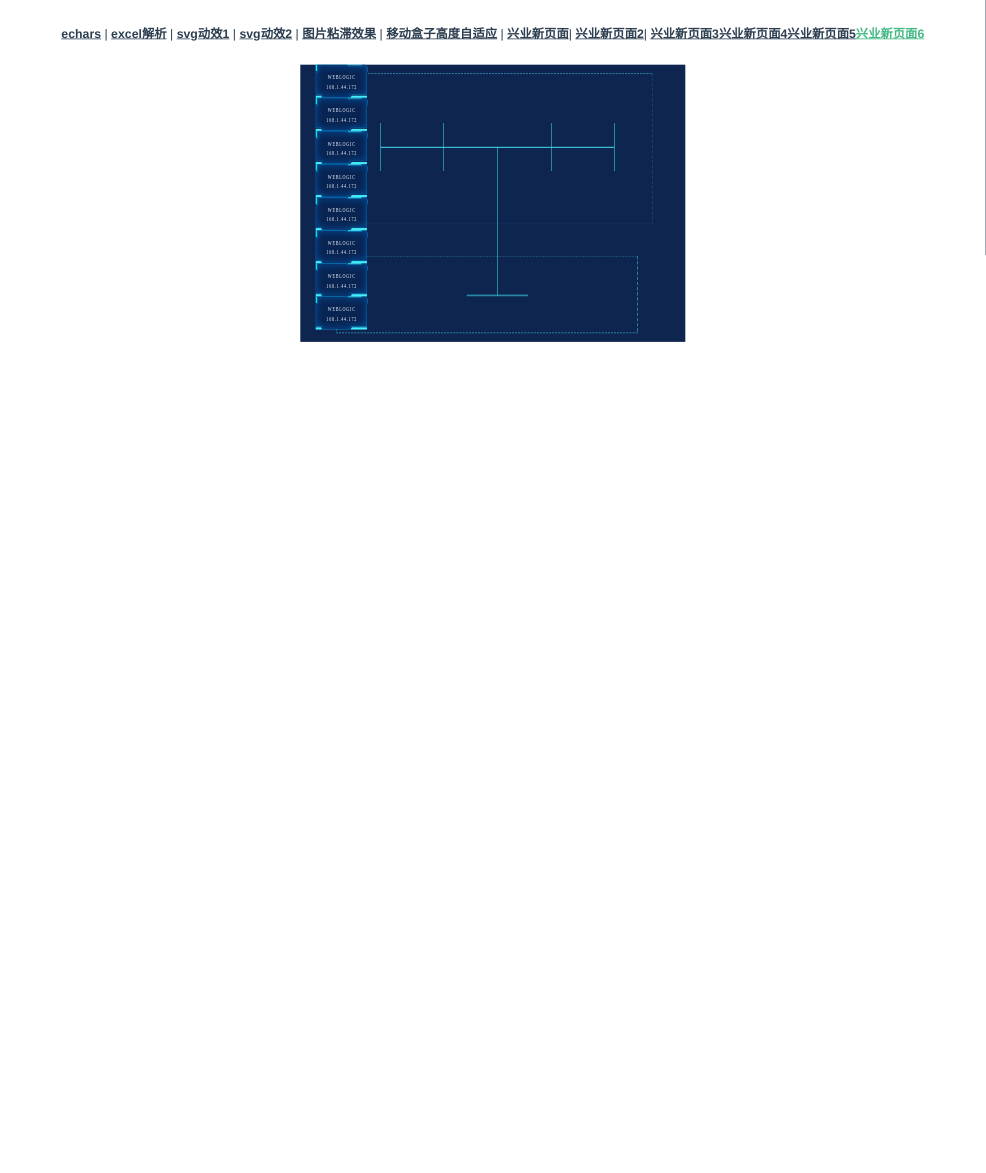
Repository: dmj199811/animation-dmj
Page: /#/work-page8
The author's editor kept a copy of each file at every save. The page is drawn from the files as they stood at one save, then again after the next save.
The browser window is 1280 px wide. The pictures show the whole page, at 77% of full size.
The project was rebuilt for these pictures with package versions that can differ from the ones it lists, and the page was loaded fresh each time.

Above is the page before, as saved 2020-07-03 18:08:47.

### src/App.vue
<template>
  <div id="app">
    <div id="nav"
         v-if="this.$store.state.pageShow">
      <router-link to="/">echars</router-link> |
      <router-link to="/xlsx-example">excel解析</router-link> |
      <router-link to="/svg-example1">svg动效1</router-link> |
      <router-link to="/svg-example2">svg动效2</router-link> |
      <router-link to="/work-message">图片粘滞效果</router-link> |
      <router-link to="/work-page2">移动盒子高度自适应</router-link> |
      <router-link to="/work-page3">兴业新页面</router-link>|
      <router-link to="/work-page4">兴业新页面2</router-link>|
      <router-link to="/work-page5">兴业新页面3</router-link>
      <router-link to="/work-page6">兴业新页面4</router-link>
      <router-link to="/work-page7">兴业新页面5</router-link>
      <router-link to="/work-page8">兴业新页面6</router-link>
    </div>
    <router-view />
  </div>
</template>

<style lang="less">
body {
  margin: 0;
}
#app {
  font-family: Avenir, Helvetica, Arial, sans-serif;
  -webkit-font-smoothing: antialiased;
  -moz-osx-font-smoothing: grayscale;
  text-align: center;
  color: #2c3e50;
}

#nav {
  padding: 30px;

  a {
    font-weight: bold;
    color: #2c3e50;

    &.router-link-exact-active {
      color: #42b983;
    }
  }
}
</style>

### src/router/index.js
import Vue from 'vue'
import VueRouter from 'vue-router'

Vue.use(VueRouter)

const routes = [
  {
    path: '/',
    redirect: '/circle-echarts',
  },
  {
    path: '/circle-echarts',
    name: 'ani2',
    component: () => import('../views/circle-echarts/index.vue')
  },
  {
    path: '/xlsx-example',
    name: 'xlsx1',
    component: () => import('../views/xlsx1/index.vue')
  },
  {
    path: '/svg-example1',
    name: 'svg1',
    component: () => import('../views/svg1/index.vue')
  },
  {
    path: '/svg-example2',
    name: 'svg2',
    component: () => import('../views/svg2/index.vue')
  },
  {
    path: '/work-message',
    name: 'message1',
    component: () => import('../views/work/message/index.vue')
  },
  {
    path: '/work-page2',
    name: 'show1',
    component: () => import('../views/work/show1/index.vue')
  },
  {
    path: '/work-page3',
    name: 'show2',
    component: () => import('../views/newPage/index.vue')
  },
  {
    path: '/work-page4',
    name: 'show2',
    component: () => import('../views/newPage2/index.vue')
  },
  {
    path: '/work-page5',
    name: 'show3',
    component: () => import('../views/newPage3/index.vue')
  },
  {
    path: '/work-page6',
    name: 'show4',
    component: () => import('../views/newPage4/index.vue')
  },
  {
    path: '/work-page7',
    name: 'show5',
    component: () => import('../views/newPage5/index.vue')
  },
  {
    path: '/work-page8',
    name: 'show6',
    component: () => import('../views/newPage6/index.vue')
  },
]

const router = new VueRouter({
  routes
})

export default router

### src/views/newPage6/index.vue
<template>
<!-- 互联网统一认证系统（身份认证）_8 -->
  <div class="box">
    <div class="use-box">
      <div class="use-box-top">
        <div class="use-box-top-content">
          <div class="use-box-top-item web1">
            <div>WEBLOGIC</div>
            <div>168.1.44.172</div>
          </div>
          <div class="use-box-top-item web2">
            <div>WEBLOGIC</div>
            <div>168.1.44.172</div>
          </div>
          <div class="use-box-top-item web3">
            <div>WEBLOGIC</div>
            <div>168.1.44.172</div>
          </div>
          <div class="use-box-top-item web4">
            <div>WEBLOGIC</div>
            <div>168.1.44.172</div>
          </div>
          <div class="use-box-top-item web5">
            <div>WEBLOGIC</div>
            <div>168.1.44.172</div>
          </div>
          <div class="use-box-top-item web6">
            <div>WEBLOGIC</div>
            <div>168.1.44.172</div>
          </div>
          <div class="use-box-top-item web7">
            <div>WEBLOGIC</div>
            <div>168.1.44.172</div>
          </div>
          <div class="use-box-top-item web8">
            <div>WEBLOGIC</div>
            <div>168.1.44.172</div>
          </div>

        </div>

      </div>
    </div>
  </div>

</template>
<script>
export default {
  data () {
    return {}
  },
  mounted () {
    this.fullScreen()
    let a = {
      'ATM系统': 'N',
      '网上银行域': 'E',
      'IC借记卡系统': 'N',
      'CFP系统': 'W',
      '电话银行域': 'E',
      '金卡系统': 'N',
      '零售信贷系统': 'W',
      '联机交易转发平台': 'N',
      '核心联机交易平台': 'E',
      'OFEP': 'W',
      '会计辅助管理系统': 'W',
      '业务策略管控平台': 'E',
      '历史检索系统': 'N',
      '企业数据集成平台': 'N',
      '银联数据综合前置系统': 'E',
      '理财卡外包制卡系统': 'W',
      '数据仓库系统': 'E',
      '统一报表系统': 'W',
      '企业CRM系统': 'N'
    }

    this.dataToArray(a)
    window.onresize = () => {
      this.fullScreen()
    }
  },
  methods: {
    fullScreen () {
      $('.box').css('transform', `scale(${document.documentElement.clientWidth / 3840},${document.documentElement.clientHeight / 1440})`)
    },
    dataToArray (data) {

    }
  }
}
</script>
<style lang="less">
.box {
  text-align: left;
  transform-origin: 0 0;
  width: 3840px;
  height: 1440px;
}
.use-box {
  font-size: 18px;
  width: 1500px;
  box-sizing: border-box;
  height: 720px;
  background: #0e2550;
  margin: 0 auto;
  color: white;
  background-image: url(./img/bg-line.png);
  background-size: 97% 100%;
  position: relative;
}
.use-box div {
  box-sizing: border-box;
}
.use-box-top {
  display: block;
  // background-color: #eee;


}

.use-box-top-content {

  // background-color: #e9e9;


}

.use-box-top-item {

  width: 203px;
  height: 86px;
  text-align: center;
  background-image: url(./img/leftBlue.png);
  background-size: 100% 100%;
  font-size:16px;
  font-family:Adobe Heiti Std;
  font-weight:normal;
  color:rgba(255,255,255,1);
  line-height:25px;
  padding-top: 20px;
  letter-spacing: 3px;
  margin-left: 60px;

}
.use-box-top-item div {
  width: 100%;
}



</style>

Loaded but not shown: public/index.html (common file); src/main.js (common file); src/store/index.js (common file)

After the next save:
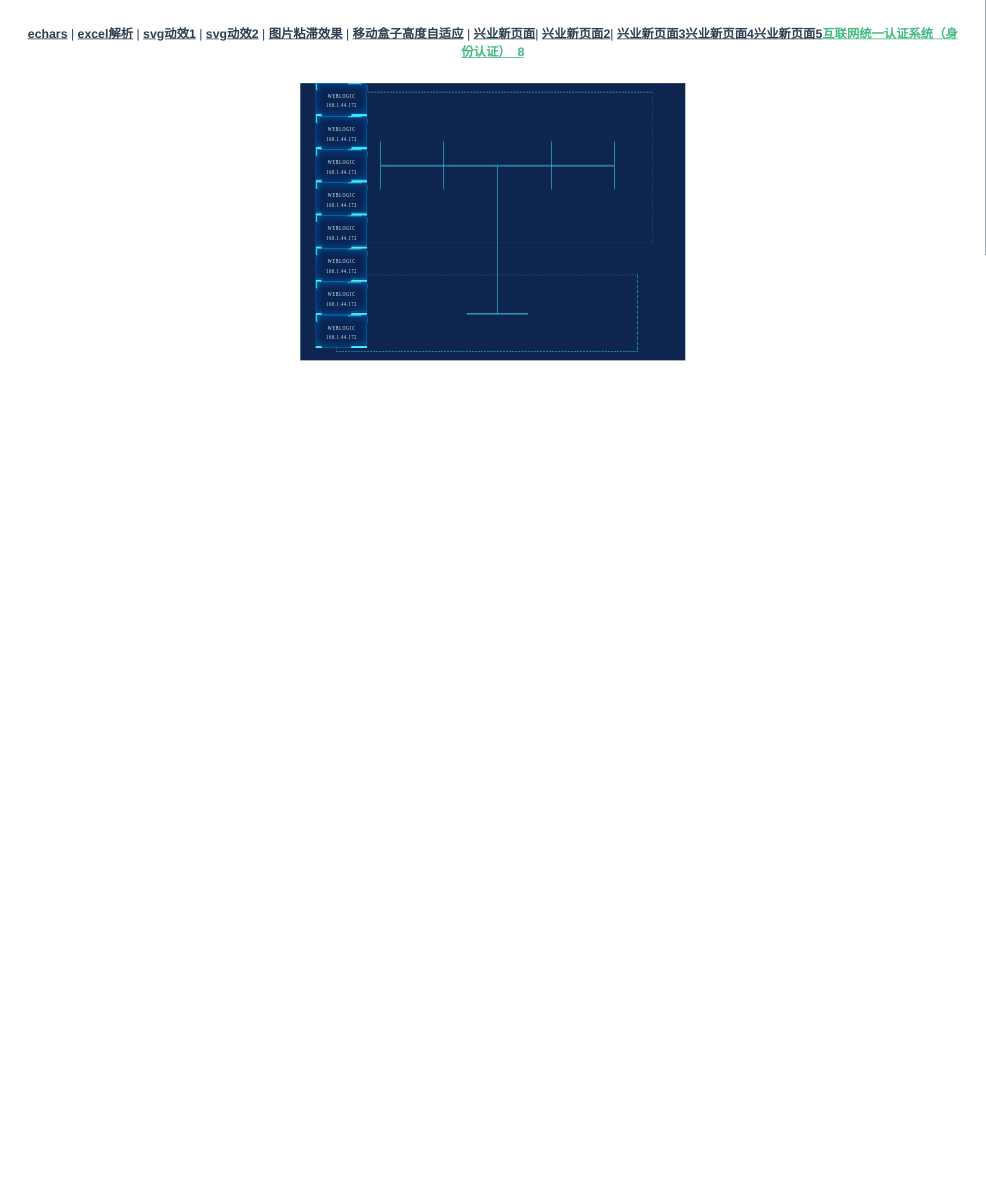
Saved 28 h 19 min later.
--- a/src/App.vue
+++ b/src/App.vue
@@ -13,7 +13,7 @@
       <router-link to="/work-page5">兴业新页面3</router-link>
       <router-link to="/work-page6">兴业新页面4</router-link>
       <router-link to="/work-page7">兴业新页面5</router-link>
-      <router-link to="/work-page8">兴业新页面6</router-link>
+      <router-link to="/work-page8">互联网统一认证系统（身份认证）_8</router-link>
     </div>
     <router-view />
   </div>
